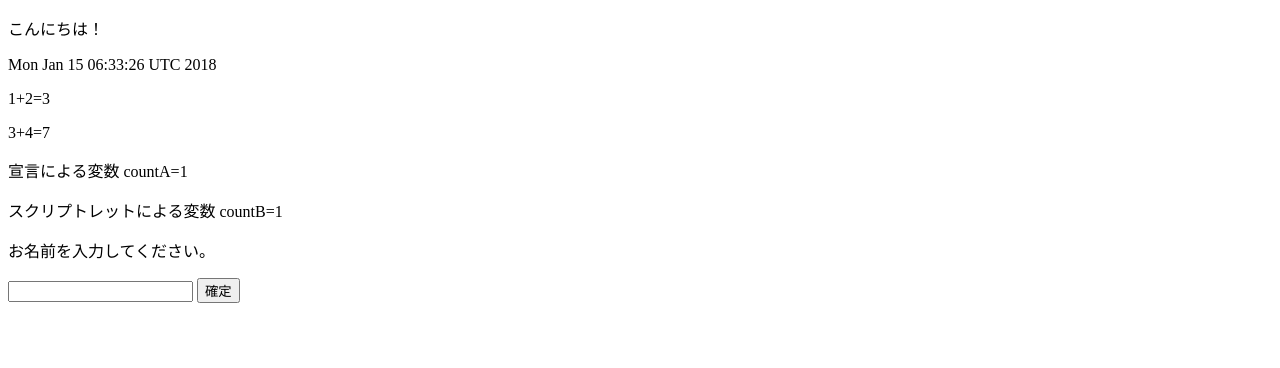
Repository: shimizuyusuke/backup
Page: http://localhost/HelloJSP3/
An editor plug-in stored every save of this project. The page is shown before and after the next save, followed by the edit.
The browser window is 1280 px wide. The pictures show the whole page.
The page is served by Tomcat 9.

Above is the page before, as saved 2018-01-17 06:51:49.

### HelloJSP3/WebContent/index.jsp
<%@ page language="java" contentType="text/html; charset=UTF-8"
    pageEncoding="UTF-8"%>
<!DOCTYPE html>
<html>
<head>
<meta charset="UTF-8">
<title>TEST</title>
</head>
<body>
<p>こんにちは！</p>
<% out.println(new java.util.Date()); %>

<%! static int add(int a, int b){
	return a+b;
}
%>
<p>1+2=<%=add(1,2) %></p>
<p>3+4=<%=add(3,4) %></p>

<%! static int countA=0; %>
<% int countB=0;
   countA++;
   countB++;
   %>
  <p>宣言による変数 countA=<%=countA %></p>
  <p>スクリプトレットによる変数 countB=<%=countB %></p>

  <p>お名前を入力してください。</p>
  <form method="post" action="greeting-out.jsp">
  <input type="text" name="user">
  <input type="submit" value="確定">
  </form>

</body>
</html>

After the next save:
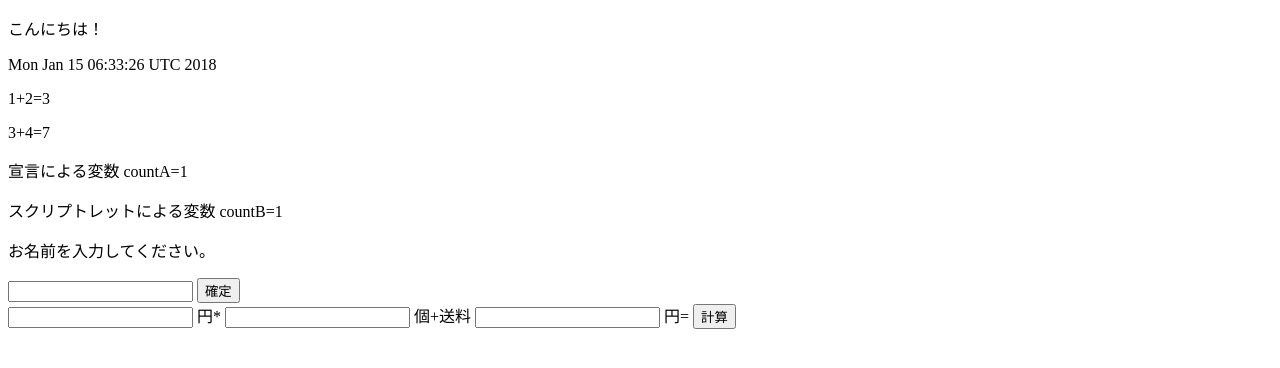
Saved 5 min 1 s later.
--- a/HelloJSP3/WebContent/index.jsp
+++ b/HelloJSP3/WebContent/index.jsp
@@ -31,5 +31,15 @@
   <input type="submit" value="確定">
   </form>
 
+ <form method="post" action="total-out.jsp">
+ <input type="text" name="price">
+ 円*
+ <input type="text" name="count">
+ 個+送料
+ <input type="text" name="delivery">
+ 円=
+ <input type="submit" value="計算">
+ </form>
+
 </body>
 </html>
